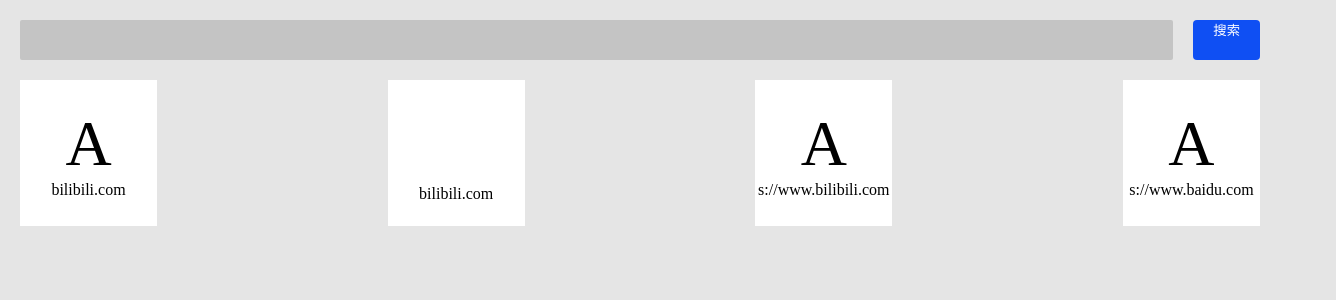
Repository: chenguocan/-
Page: src/index.html
These files come from the project's save history. The page is drawn as it stood at one moment and after the next save; the edit follows.
The browser window is 1280 px wide. The page is 1280 px wide, then 1336 px, so the pictures cover 1336 px, including what lies to the right of the window. The pictures show the whole page.

Above is the page before, as saved 2020-08-11 21:59:43.

After the next save:
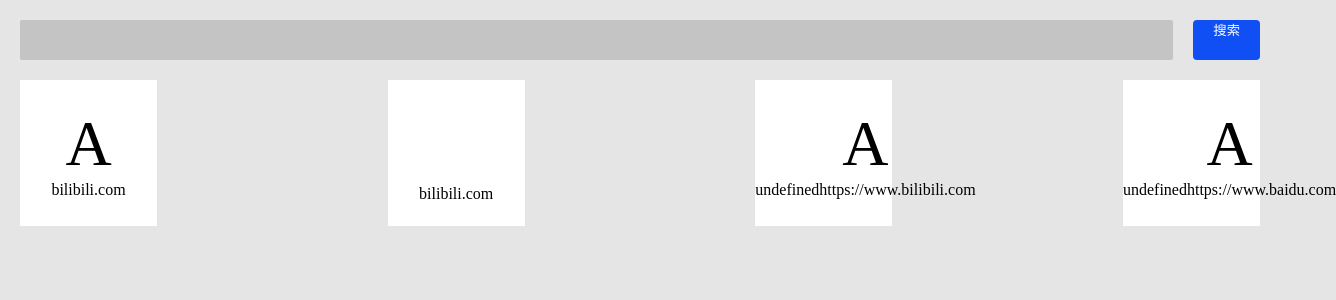
Saved 21 s later.
--- a/src/main.js
+++ b/src/main.js
@@ -17,7 +17,7 @@
         <a href="${item.url}">
             <div class="siteBox">
                 <div class="logo">A</div>
-                <div class="site">${item.url.replace("http", "")}</div>
+                <div class="site">${item.url.replace("http//", "").replace("")}</div>
             </div>
         </a>
     </li>
